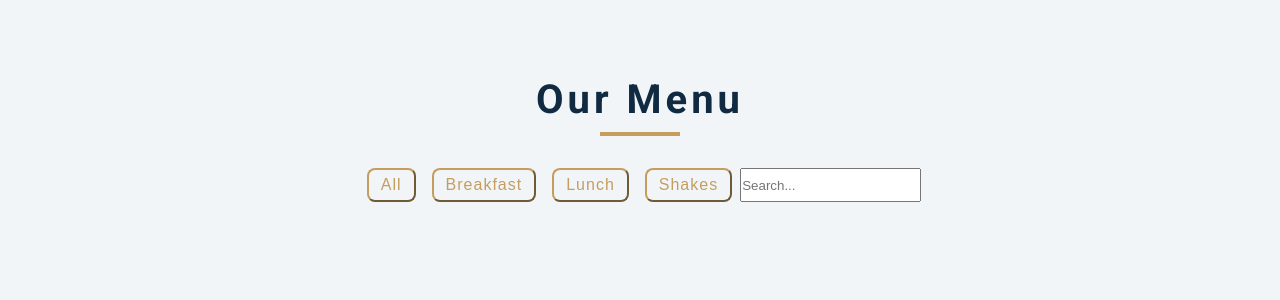
Repository: AniAntonyan/MenuFilter
Page: index.html
These files come from the project's save history. The page is drawn as it stood at one moment and after the next save; the edit follows.
The browser window is 1280 px wide. The pictures show the whole page.
Some web libraries are served in a nearby version.

Above is the page before, as saved 2022-02-17 23:53:13.
Not found: data.js

### index.html
<!DOCTYPE html>
<html lang="en">
  <head>
    <meta charset="UTF-8" />
    <meta name="viewport" content="width=device-width, initial-scale=1.0" />
    <title>Starter</title>
    <!-- font-awesome -->
    <link
      rel="stylesheet"
      href="https://cdnjs.cloudflare.com/ajax/libs/font-awesome/5.14.0/css/all.min.css"
    />
    <!-- styles -->
    <link rel="stylesheet" href="styles.css" />
  </head>
  <body>
    <section class="menu">
      <!-- title -->
      <div class="title">
        <h2>our menu</h2>
        <div class="underline"></div>
      </div>
      <!-- filter buttons -->
      <div class="btn-container">
        <button type="button" class="filter-btn" data-id="all">all</button>
          <button type="button" class="filter-btn" data-id="breakfast">
            breakfast
          </button>
          <button type="button" class="filter-btn" data-id="lunch">lunch</button>
          <button type="button" class="filter-btn" data-id="shakes">
            shakes
          </button>
          <input type="search" placeholder="Search..."/>
      </div>
      <!-- menu items -->
      <div class="section-center">
        <!-- single item -->
        <!-- <article class="menu-item">
          <img src="./menu-item.jpeg" alt="menu item" class="photo" />
          <div class="item-info">
            <header>
              <h4>buttermilk pancakes</h4>
              <h4 class="price">$15</h4>
            </header>
            <p class="item-text">
              Lorem ipsum dolor sit amet consectetur adipisicing elit.
              Repudiandae, sint quam. Et reprehenderit fugiat nesciunt inventore
              laboriosam excepturi! Quo, officia.
            </p>
          </div>
        </article> -->
        <!-- end of single item -->
        <!-- single item -->
        <!-- <article class="menu-item">
          <img src="./menu-item.jpeg" alt="menu item" class="photo" />
          <div class="item-info">
            <header>
              <h4>buttermilk pancakes</h4>
              <h4 class="price">$15</h4>
            </header>
            <p class="item-text">
              Lorem ipsum dolor sit amet consectetur adipisicing elit.
              Repudiandae, sint quam. Et reprehenderit fugiat nesciunt inventore
              laboriosam excepturi! Quo, officia.
            </p>
          </div>
        </article> -->
        <!-- end of single item -->
        <!-- single item -->
        <!-- <article class="menu-item">
          <img src="./menu-item.jpeg" alt="menu item" class="photo" />
          <div class="item-info">
            <header>
              <h4>buttermilk pancakes</h4>
              <h4 class="price">$15</h4>
            </header>
            <p class="item-text">
              Lorem ipsum dolor sit amet consectetur adipisicing elit.
              Repudiandae, sint quam. Et reprehenderit fugiat nesciunt inventore
              laboriosam excepturi! Quo, officia.
            </p>
          </div>
        </article> -->
        <!-- end of single item -->
      </div>
    </section>
    <!-- javascript -->
    <script type="module" src="./app.js"></script>
  </body>
</html>

### styles.css
/*
===============
Fonts
===============
*/
@import url("https://fonts.googleapis.com/css?family=Open+Sans|Roboto:400,700&display=swap");

/*
===============
Variables
===============
*/

:root {
  /* dark shades of primary color*/
  --clr-primary-1: hsl(205, 86%, 17%);
  --clr-primary-2: hsl(205, 77%, 27%);
  --clr-primary-3: hsl(205, 72%, 37%);
  --clr-primary-4: hsl(205, 63%, 48%);
  /* primary/main color */
  --clr-primary-5: #49a6e9;
  /* lighter shades of primary color */
  --clr-primary-6: hsl(205, 89%, 70%);
  --clr-primary-7: hsl(205, 90%, 76%);
  --clr-primary-8: hsl(205, 86%, 81%);
  --clr-primary-9: hsl(205, 90%, 88%);
  --clr-primary-10: hsl(205, 100%, 96%);
  /* darkest grey - used for headings */
  --clr-grey-1: hsl(209, 61%, 16%);
  --clr-grey-2: hsl(211, 39%, 23%);
  --clr-grey-3: hsl(209, 34%, 30%);
  --clr-grey-4: hsl(209, 28%, 39%);
  /* grey used for paragraphs */
  --clr-grey-5: hsl(210, 22%, 49%);
  --clr-grey-6: hsl(209, 23%, 60%);
  --clr-grey-7: hsl(211, 27%, 70%);
  --clr-grey-8: hsl(210, 31%, 80%);
  --clr-grey-9: hsl(212, 33%, 89%);
  --clr-grey-10: hsl(210, 36%, 96%);
  --clr-white: #fff;
  --clr-red-dark: hsl(360, 67%, 44%);
  --clr-red-light: hsl(360, 71%, 66%);
  --clr-green-dark: hsl(125, 67%, 44%);
  --clr-green-light: hsl(125, 71%, 66%);
  --clr-gold: #c59d5f;
  --clr-black: #222;
  --ff-primary: "Roboto", sans-serif;
  --ff-secondary: "Open Sans", sans-serif;
  --transition: all 0.3s linear;
  --spacing: 0.25rem;
  --radius: 0.5rem;
  --light-shadow: 0 5px 15px rgba(0, 0, 0, 0.1);
  --dark-shadow: 0 5px 15px rgba(0, 0, 0, 0.2);
  --max-width: 1170px;
  --fixed-width: 620px;
}
/*
===============
Global Styles
===============
*/

*,
::after,
::before {
  margin: 0;
  padding: 0;
  box-sizing: border-box;
}
body {
  font-family: var(--ff-secondary);
  background: var(--clr-grey-10);
  color: var(--clr-grey-1);
  line-height: 1.5;
  font-size: 0.875rem;
}
ul {
  list-style-type: none;
}
a {
  text-decoration: none;
}
img:not(.logo) {
  width: 100%;
}
img {
  display: block;
}

h1,
h2,
h3,
h4 {
  letter-spacing: var(--spacing);
  text-transform: capitalize;
  line-height: 1.25;
  margin-bottom: 0.75rem;
  font-family: var(--ff-primary);
}
h1 {
  font-size: 3rem;
}
h2 {
  font-size: 2rem;
}
h3 {
  font-size: 1.25rem;
}
h4 {
  font-size: 0.875rem;
}
p {
  margin-bottom: 1.25rem;
  color: var(--clr-grey-5);
}
@media screen and (min-width: 800px) {
  h1 {
    font-size: 4rem;
  }
  h2 {
    font-size: 2.5rem;
  }
  h3 {
    font-size: 1.75rem;
  }
  h4 {
    font-size: 1rem;
  }
  body {
    font-size: 1rem;
  }
  h1,
  h2,
  h3,
  h4 {
    line-height: 1;
  }
}
/*  global classes */

.btn {
  text-transform: uppercase;
  background: transparent;
  color: var(--clr-black);
  padding: 0.375rem 0.75rem;
  letter-spacing: var(--spacing);
  display: inline-block;
  transition: var(--transition);
  font-size: 0.875rem;
  border: 2px solid var(--clr-black);
  cursor: pointer;
  box-shadow: 0 1px 3px rgba(0, 0, 0, 0.2);
  border-radius: var(--radius);
}
.btn:hover {
  color: var(--clr-white);
  background: var(--clr-black);
}
/* section */
.section {
  padding: 5rem 0;
}

main {
  min-height: 100vh;
  display: grid;
  place-items: center;
}
/*
===============
Menu
===============
*/

.menu {
  padding: 5rem 0;
}
.title {
  text-align: center;
  margin-bottom: 2rem;
}
.underline {
  width: 5rem;
  height: 0.25rem;
  background: var(--clr-gold);
  margin-left: auto;
  margin-right: auto;
}
.btn-container {
  margin-bottom: 4rem;
  display: flex;
  justify-content: center;
}
.filter-btn {
  background: transparent;
  border-color: var(--clr-gold);
  font-size: 1rem;
  text-transform: capitalize;
  margin: 0 0.5rem;
  letter-spacing: 1px;
  border-radius: var(--radius);
  padding: 0.375rem 0.75rem;
  color: var(--clr-gold);
  cursor: pointer;
  transition: var(--transition);
}
.filter-btn:hover {
  background: var(--clr-gold);
  color: var(--clr-white);
}

input{

}
.section-center {
  width: 90vw;
  margin: 0 auto;
  max-width: 1170px;
  display: grid;
  gap: 3rem 2rem;
  justify-items: center;
}
.menu-item {
  display: grid;
  gap: 1rem 2rem;
  max-width: 25rem;
}
.photo {
  object-fit: cover;
  height: 200px;
  border: 0.25rem solid var(--clr-gold);
  border-radius: var(--radius);
}
.item-info header {
  display: flex;
  justify-content: space-between;
  border-bottom: 0.5px dotted var(--clr-grey-5);
}
.item-info h4 {
  margin-bottom: 0.5rem;
}
.price {
  color: var(--clr-gold);
}
.item-text {
  margin-bottom: 0;
  padding-top: 1rem;
}

@media screen and (min-width: 768px) {
  .menu-item {
    grid-template-columns: 225px 1fr;
    gap: 0 1.25rem;
    max-width: 40rem;
  }
  .photo {
    height: 175px;
  }
}
@media screen and (min-width: 1200px) {
  .section-center {
    width: 95vw;
    grid-template-columns: 1fr 1fr;
  }
  .photo {
    height: 150px;
  }
}

### app.js
import { menu } from "./data.js";

// get parent element
const sectionCenter = document.querySelector(".section-center");
const btnContainer = document.querySelector(".btn-container");
// display all items when page loads
window.addEventListener("DOMContentLoaded", function () {
  diplayMenuItems(menu);
  displayMenuButtons();
});

function diplayMenuItems(menuItems) {
  let displayMenu = menuItems.map(function (item) {
    // console.log(item);

    return `<article class="menu-item">
            <img src=${item.img} alt=${item.title} class="photo" />
            <div class="item-info">
              <header>
                <h4>${item.title}</h4>
                <h4 class="price">$${item.price}</h4>
              </header>
              <p class="item-text">
                ${item.desc}
              </p>
            </div>
          </article>`;
  });
  displayMenu = displayMenu.join("");
  // console.log(displayMenu);

  sectionCenter.innerHTML = displayMenu;
}

function displayMenuButtons() {
  //add display buttons here

  }
console.log(displayMenuButtons());

const buttons = document.querySelectorAll(".filter-btn");
buttons.forEach(filterBtn => {
  filterBtn.addEventListener("click", () =>{
    const value = filterBtn.getAttribute("data-id");
    if (value === "all"){
      return diplayMenuItems(menu);
    }
    const filterArr = menu.filter(item => item.category === value);

    let card = filterArr.map(function (item){
      return `<article class="menu-item">
      <img src=${item.img} alt=${item.title} class="photo" />
      <div class="item-info">
        <header>
          <h4>${item.title}</h4>
          <h4 class="price">$${item.price}</h4>
        </header>
        <p class="item-text">
          ${item.desc}
        </p>
      </div>
    </article>`;
    }).join("");
    sectionCenter.innerHTML = card;
  })
});

After the next save:
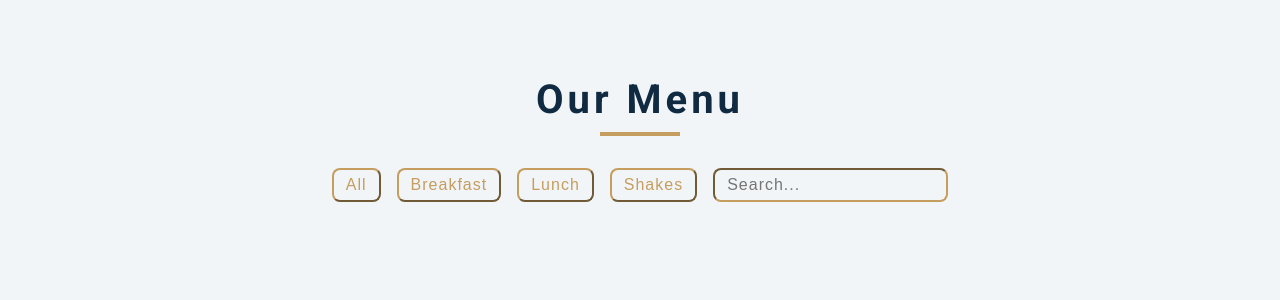
Saved 11 s later.
--- a/styles.css
+++ b/styles.css
@@ -210,7 +210,17 @@ Menu
 }
 
 input{
-
+  background: transparent;
+  border-color: var(--clr-gold);
+  font-size: 1rem;
+  text-transform: capitalize;
+  margin: 0 0.5rem;
+  letter-spacing: 1px;
+  border-radius: var(--radius);
+  padding: 0.375rem 0.75rem;
+  color: var(--clr-gold);
+  cursor: pointer;
+  transition: var(--transition);
 }
 .section-center {
   width: 90vw;
